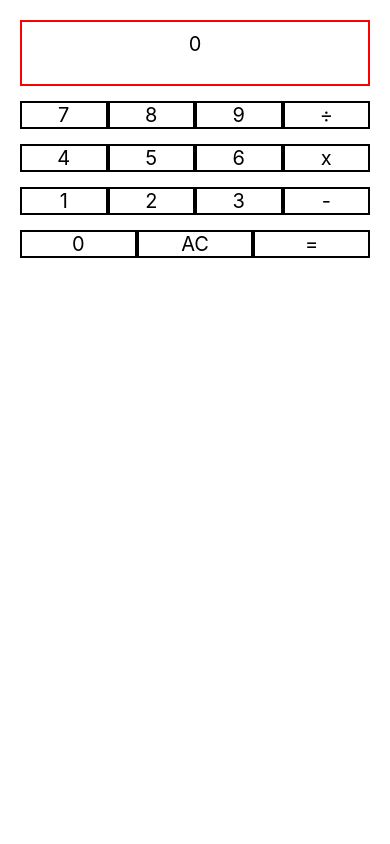
Repository: jeanphael/MyAppReact
Screen: /
An editor plug-in stored every save of this project. The screen is shown before and after the next save, followed by the edit.
The app was drawn by React Native's web renderer in a window 390 px wide. The project was rebuilt for these pictures with package versions that can differ from the ones it lists, and the page was loaded fresh each time. Some packages were replaced by stand-ins written for this rebuild.

Above is the screen before, as saved 2021-10-14 10:42:06.

### App.js
import React from 'react';
import { StyleSheet, Text, TouchableOpacity, View } from 'react-native';

export default class App extends React.Component {

  constructor(props) {
    super(props)

    //this.updateUserType = this.updateUserType.bind(this)
    this.state = {
      calculResult: 0,
    }
  }
  render() {
    return (
      <View style={{ margin: 20 }}>
        <View style={{ height: '30%', fontSize: 20, borderColor: 'red', borderWidth: 2, padding: 10 }}>
          <Text style={{ fontSize: 20, alignSelf: 'center' }}>
            {this.state.calculResult}
          </Text>
        </View>

        <View style={{ flexDirection: 'row', justifyContent: 'space-between',marginTop:15 }}>
          <TouchableOpacity style={{borderColor:'grew',borderWidth:2,flex:1}}>

            <Text style={{ fontSize: 20, alignSelf: 'center' }}>
             7
            </Text>
          </TouchableOpacity>
          <TouchableOpacity style={{borderColor:'grew',borderWidth:2,flex:1}}>

            <Text style={{ fontSize: 20, alignSelf: 'center' }}>
              8
            </Text>
          </TouchableOpacity>
          <TouchableOpacity style={{borderColor:'grew',borderWidth:2,flex:1}}>

            <Text style={{ fontSize: 20, alignSelf: 'center' }}>
              9
            </Text>
          </TouchableOpacity>
          <TouchableOpacity style={{borderColor:'grew',borderWidth:2,flex:1}}>

            <Text style={{ fontSize: 20, alignSelf: 'center' }}>
            ÷
            </Text>
          </TouchableOpacity>
        </View>
        <View style={{ flexDirection: 'row', justifyContent: 'space-between',marginTop:15 }}>
          <TouchableOpacity style={{borderColor:'grew',borderWidth:2,flex:1}}>

            <Text style={{ fontSize: 20, alignSelf: 'center' }}>
              4
            </Text>
          </TouchableOpacity>
          <TouchableOpacity style={{borderColor:'grew',borderWidth:2,flex:1}}>

            <Text style={{ fontSize: 20, alignSelf: 'center' }}>
              5
            </Text>
          </TouchableOpacity>
          <TouchableOpacity style={{borderColor:'grew',borderWidth:2,flex:1}}>

            <Text style={{ fontSize: 20, alignSelf: 'center' }}>
              6
            </Text>
          </TouchableOpacity>
          <TouchableOpacity style={{borderColor:'grew',borderWidth:2,flex:1}}>

            <Text style={{ fontSize: 20, alignSelf: 'center' }}>
              x
            </Text>
          </TouchableOpacity>
        </View>
        <View style={{ flexDirection: 'row', justifyContent: 'space-between',marginTop:15 }}>
          <TouchableOpacity style={{borderColor:'grew',borderWidth:2,flex:1}}>

            <Text style={{ fontSize: 20, alignSelf: 'center' }}>
              1
            </Text>
          </TouchableOpacity>
          <TouchableOpacity style={{borderColor:'grew',borderWidth:2,flex:1}}>

            <Text style={{ fontSize: 20, alignSelf: 'center' }}>
              2
            </Text>
          </TouchableOpacity>
          <TouchableOpacity style={{borderColor:'grew',borderWidth:2,flex:1}}>

            <Text style={{ fontSize: 20, alignSelf: 'center' }}>
              3
            </Text>
          </TouchableOpacity>
          <TouchableOpacity style={{borderColor:'grew',borderWidth:2,flex:1}}>

            <Text style={{ fontSize: 20, alignSelf: 'center' }}>
              -
            </Text>
          </TouchableOpacity>
        </View>
        <View style={{ flexDirection: 'row', justifyContent: 'space-between',marginTop:15 }}>
          <TouchableOpacity style={{borderColor:'grew',borderWidth:2,flex:1}}>

            <Text style={{ fontSize: 20, alignSelf: 'center' }}>
              0
            </Text>
          </TouchableOpacity>
          <TouchableOpacity style={{borderColor:'grew',borderWidth:2,flex:1}}>

            <Text style={{ fontSize: 20, alignSelf: 'center' }}>
              AC
            </Text>
          </TouchableOpacity>
          <TouchableOpacity style={{borderColor:'grew',borderWidth:2,flex:1}}>

            <Text style={{ fontSize: 20, alignSelf: 'center' }}>
              =
            </Text>
          </TouchableOpacity>

        </View>

      </View>

    )
  }
}

Loaded but not shown: index.js (common file)

After the next save:
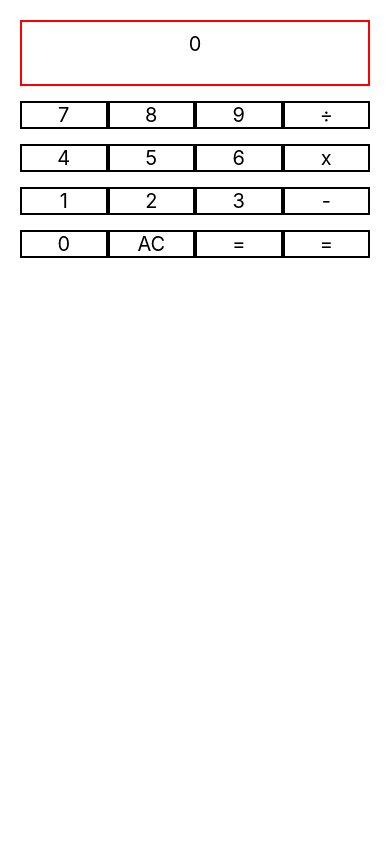
Saved 30 s later.
--- a/App.js
+++ b/App.js
@@ -117,6 +117,12 @@ export default class App extends React.Component {
               =
             </Text>
           </TouchableOpacity>
+          <TouchableOpacity style={{borderColor:'grew',borderWidth:2,flex:1}}>
+
+            <Text style={{ fontSize: 20, alignSelf: 'center' }}>
+              =
+            </Text>
+          </TouchableOpacity>
 
         </View>
 
